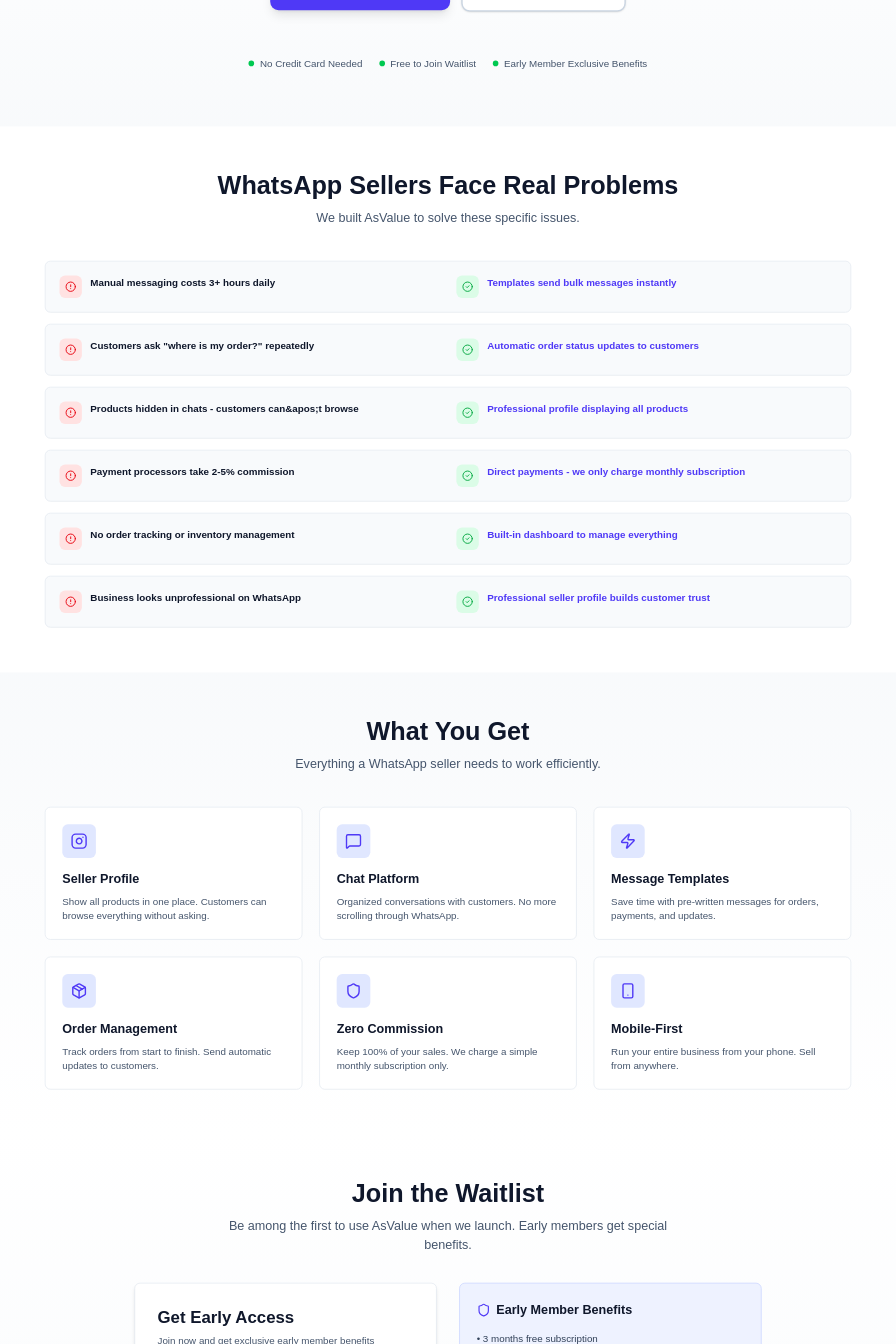
Repository: vikkii2005/asvalue-waitlist
Page: /
The author's editor kept a copy of each file at every save. The page is drawn from the files as they stood at one save, then again after the next save.
The browser window is 1280 px wide. The pictures show the part of the page from y = 681 to 2601 px (the page is 3140 px tall before and 3906 px after), at 70% of full size.
The page's requests for data from a server got no answer. The project was rebuilt for these pictures with package versions that can differ from the ones it lists, and the page was loaded fresh each time. The framework's server and built-in components were replaced by stand-ins that run in the browser. No one was signed in, and anything a server would have sent is missing. Also part of the build but not shown: next.config.ts, components/ReferralDashboard.tsx.

Above is the page before, as saved 2025-10-31 09:11:40.

After the next save:
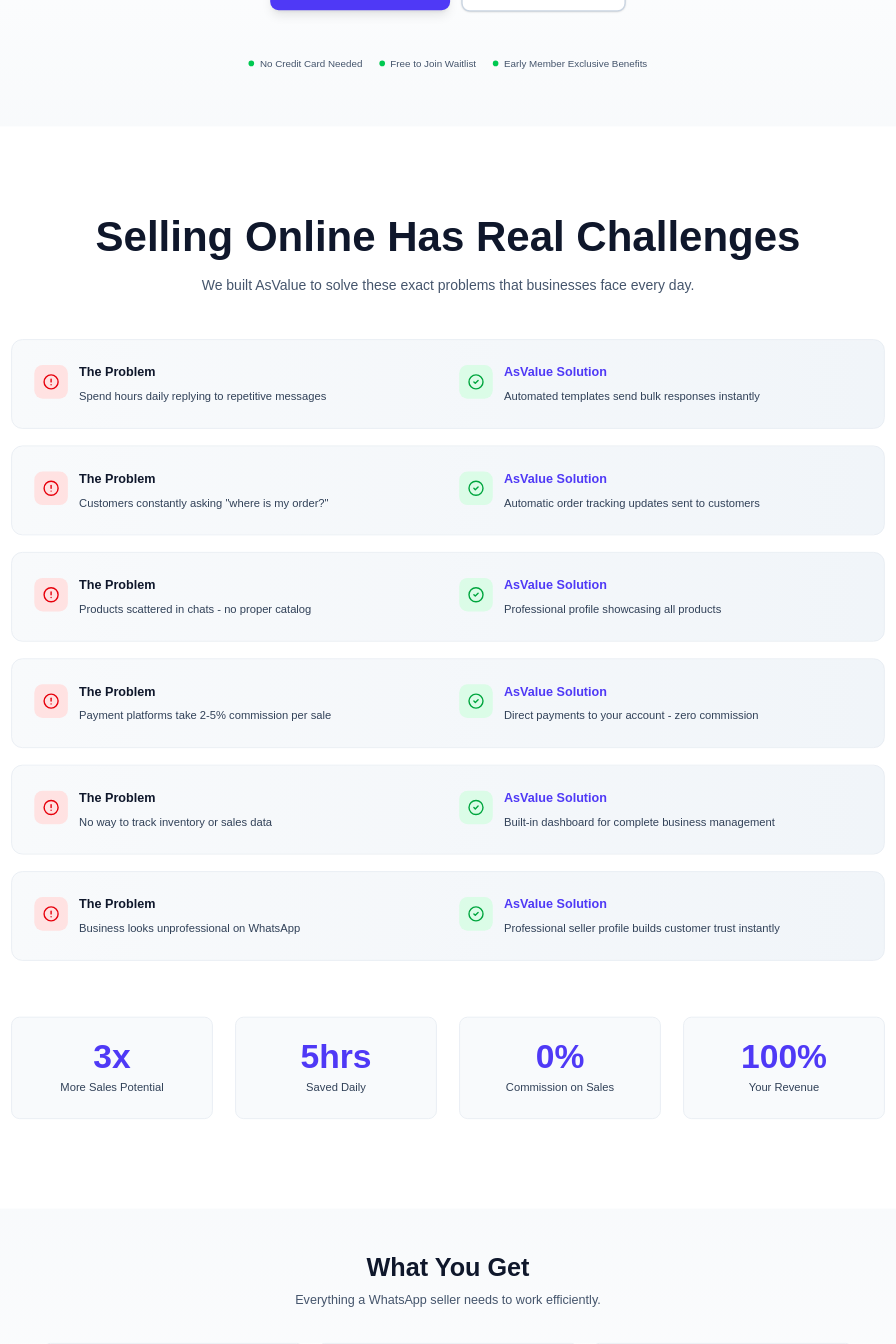
Saved 10 s later.
--- a/components/ProblemSolution.tsx
+++ b/components/ProblemSolution.tsx
@@ -2,74 +2,98 @@
 
 const problems = [
   {
-    problem: 'Manual messaging costs 3+ hours daily',
-    solution: 'Templates send bulk messages instantly'
+    problem: 'Spend hours daily replying to repetitive messages',
+    solution: 'Automated templates send bulk responses instantly'
   },
   {
-    problem: 'Customers ask "where is my order?" repeatedly',
-    solution: 'Automatic order status updates to customers'
+    problem: 'Customers constantly asking "where is my order?"',
+    solution: 'Automatic order tracking updates sent to customers'
   },
   {
-    problem: 'Products hidden in chats - customers can&apos;t browse',
-    solution: 'Professional profile displaying all products'
+    problem: 'Products scattered in chats - no proper catalog',
+    solution: 'Professional profile showcasing all products'
   },
   {
-    problem: 'Payment processors take 2-5% commission',
-    solution: 'Direct payments - we only charge monthly subscription'
+    problem: 'Payment platforms take 2-5% commission per sale',
+    solution: 'Direct payments to your account - zero commission'
   },
   {
-    problem: 'No order tracking or inventory management',
-    solution: 'Built-in dashboard to manage everything'
+    problem: 'No way to track inventory or sales data',
+    solution: 'Built-in dashboard for complete business management'
   },
   {
     problem: 'Business looks unprofessional on WhatsApp',
-    solution: 'Professional seller profile builds customer trust'
+    solution: 'Professional seller profile builds customer trust instantly'
   }
 ]
 
 export default function ProblemSolution() {
   return (
-    <section id="problems" className="py-16 px-4 bg-white">
-      <div className="max-w-6xl mx-auto">
-        <div className="text-center mb-12">
-          <h2 className="text-4xl font-bold text-slate-900 mb-3">
-            WhatsApp Sellers Face Real Problems
+    <section id="problems" className="py-32 px-4 bg-white">
+      <div className="max-w-7xl mx-auto">
+        <div className="text-center mb-16">
+          <h2 className="text-5xl md:text-6xl font-bold text-slate-900 mb-6">
+            Selling Online Has Real Challenges
           </h2>
-          <p className="text-lg text-slate-600 max-w-2xl mx-auto">
-            We built AsValue to solve these specific issues.
+          <p className="text-xl text-slate-600 max-w-3xl mx-auto">
+            We built AsValue to solve these exact problems that businesses face every day.
           </p>
         </div>
 
-        <div className="space-y-4">
+        <div className="space-y-6">
           {problems.map((item, index) => (
             <div
               key={index}
-              className="grid md:grid-cols-2 gap-6 bg-slate-50 rounded-lg p-5 border border-slate-200"
+              className="grid md:grid-cols-2 gap-8 bg-gradient-to-r from-slate-50 to-slate-100 rounded-2xl p-8 border border-slate-200 hover:border-indigo-300 hover:shadow-lg transition-all"
             >
-              <div className="flex gap-3">
-                <div className="shrink-0">
-                  <div className="w-8 h-8 bg-red-100 rounded-lg flex items-center justify-center">
-                    <AlertCircle className="w-4 h-4 text-red-600" />
+              {/* Problem */}
+              <div className="flex gap-4">
+                <div className="shrink-0 pt-1">
+                  <div className="w-12 h-12 bg-red-100 rounded-xl flex items-center justify-center">
+                    <AlertCircle className="w-6 h-6 text-red-600" />
                   </div>
                 </div>
                 <div>
-                  <p className="font-semibold text-slate-900 text-sm">{item.problem}</p>
+                  <p className="font-semibold text-slate-900 text-lg mb-2">The Problem</p>
+                  <p className="text-slate-700 text-base leading-relaxed">{item.problem}</p>
                 </div>
               </div>
 
-              <div className="flex gap-3">
-                <div className="shrink-0">
-                  <div className="w-8 h-8 bg-green-100 rounded-lg flex items-center justify-center">
-                    <CheckCircle2 className="w-4 h-4 text-green-600" />
+              {/* Solution */}
+              <div className="flex gap-4">
+                <div className="shrink-0 pt-1">
+                  <div className="w-12 h-12 bg-green-100 rounded-xl flex items-center justify-center">
+                    <CheckCircle2 className="w-6 h-6 text-green-600" />
                   </div>
                 </div>
                 <div>
-                  <p className="font-semibold text-indigo-600 text-sm">{item.solution}</p>
+                  <p className="font-semibold text-indigo-600 text-lg mb-2">AsValue Solution</p>
+                  <p className="text-slate-700 text-base leading-relaxed">{item.solution}</p>
                 </div>
               </div>
             </div>
           ))}
         </div>
+
+        {/* Stats */}
+        <div className="grid grid-cols-1 md:grid-cols-4 gap-8 mt-20">
+          <div className="text-center p-8 bg-slate-50 rounded-xl border border-slate-200">
+            <div className="text-5xl font-bold text-indigo-600 mb-2">3x</div>
+            <div className="text-slate-700 font-medium">More Sales Potential</div>
+          </div>
+          <div className="text-center p-8 bg-slate-50 rounded-xl border border-slate-200">
+            <div className="text-5xl font-bold text-indigo-600 mb-2">5hrs</div>
+            <div className="text-slate-700 font-medium">Saved Daily</div>
+          </div>
+          <div className="text-center p-8 bg-slate-50 rounded-xl border border-slate-200">
+            <div className="text-5xl font-bold text-indigo-600 mb-2">0%</div>
+            <div className="text-slate-700 font-medium">Commission on Sales</div>
+          </div>
+          <div className="text-center p-8 bg-slate-50 rounded-xl border border-slate-200">
+            <div className="text-5xl font-bold text-indigo-600 mb-2">100%</div>
+            <div className="text-slate-700 font-medium">Your Revenue</div>
+          </div>
+        </div>
       </div>
     </section>
   )
